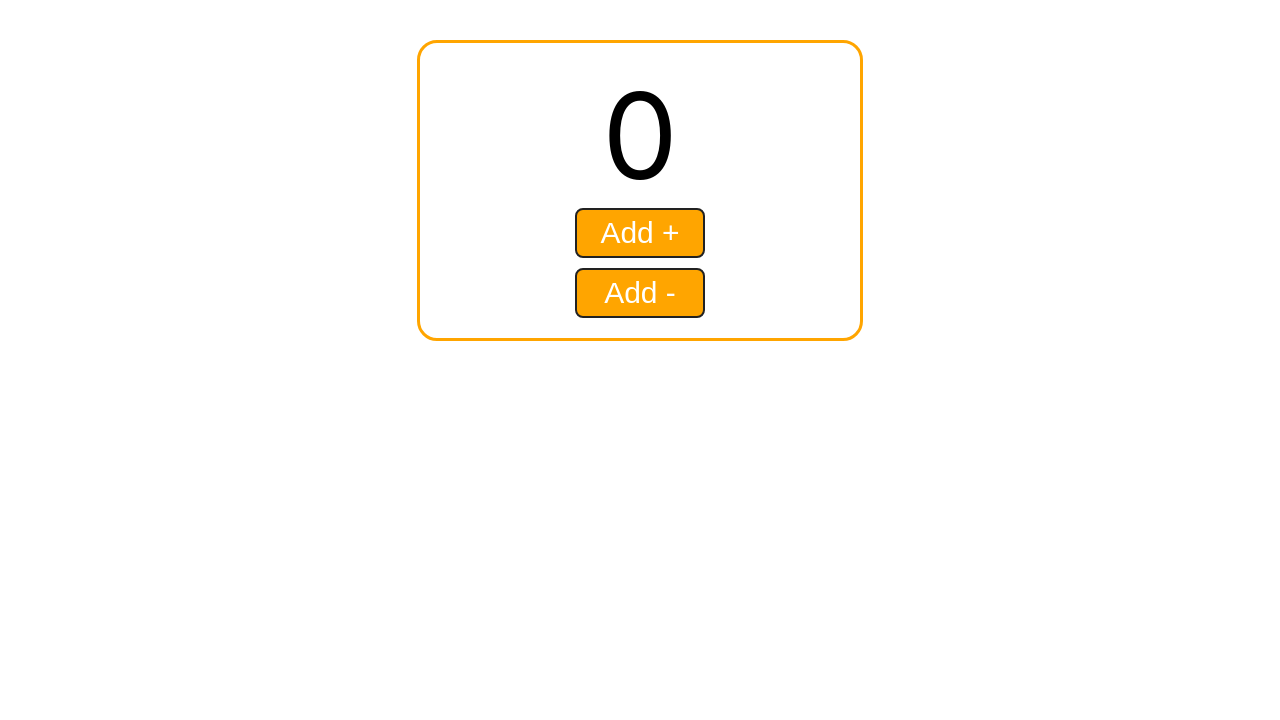
Repository: dnjfht/css-example
Page: /
An editor plug-in stored every save of this project. The page is shown before and after the next save, followed by the edit.
The browser window is 1280 px wide. The pictures show the whole page.
The project was rebuilt for these pictures with package versions that can differ from the ones it lists, and the page was loaded fresh each time.

Above is the page before, as saved 2023-05-09 19:09:31.

After the next save:
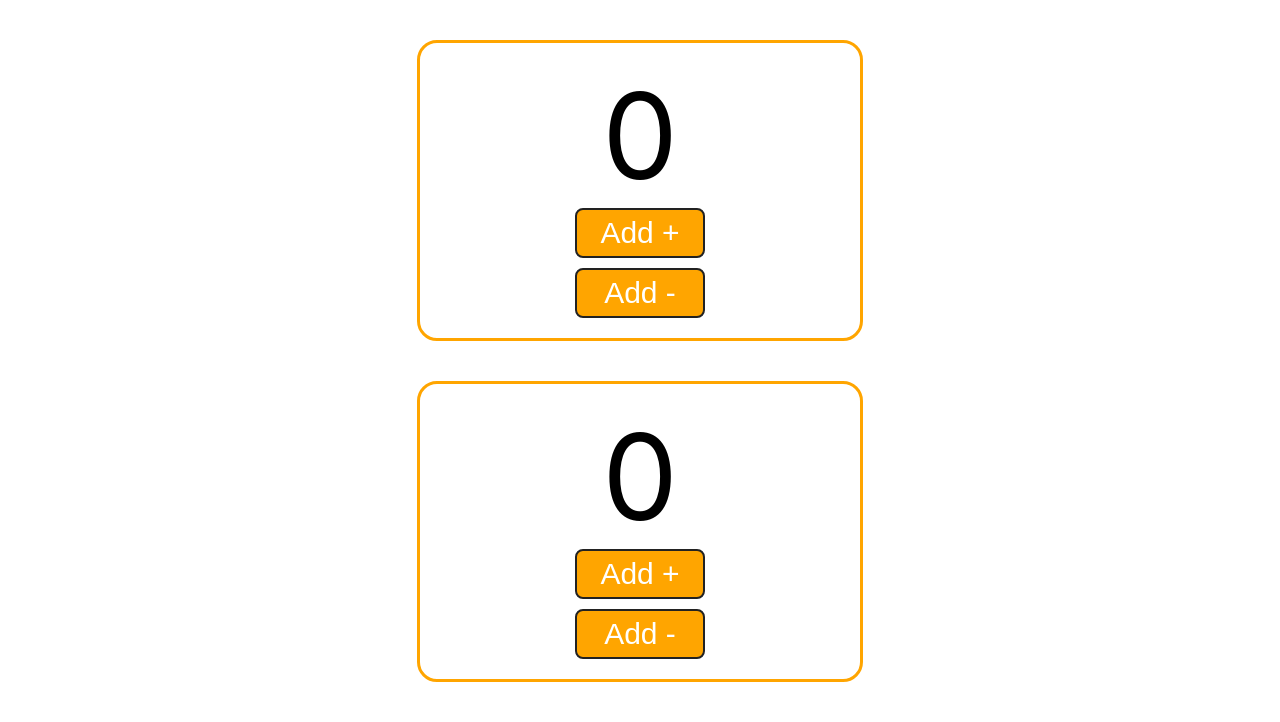
Saved 8 min 17 s later.
--- a/src/App.js
+++ b/src/App.js
@@ -6,6 +6,7 @@ export default function App() {
   return (
     <div>
       <Counter count={count} setCount={setCount} />
+      <Counter count={count} setCount={setCount} />
     </div>
   );
 }
